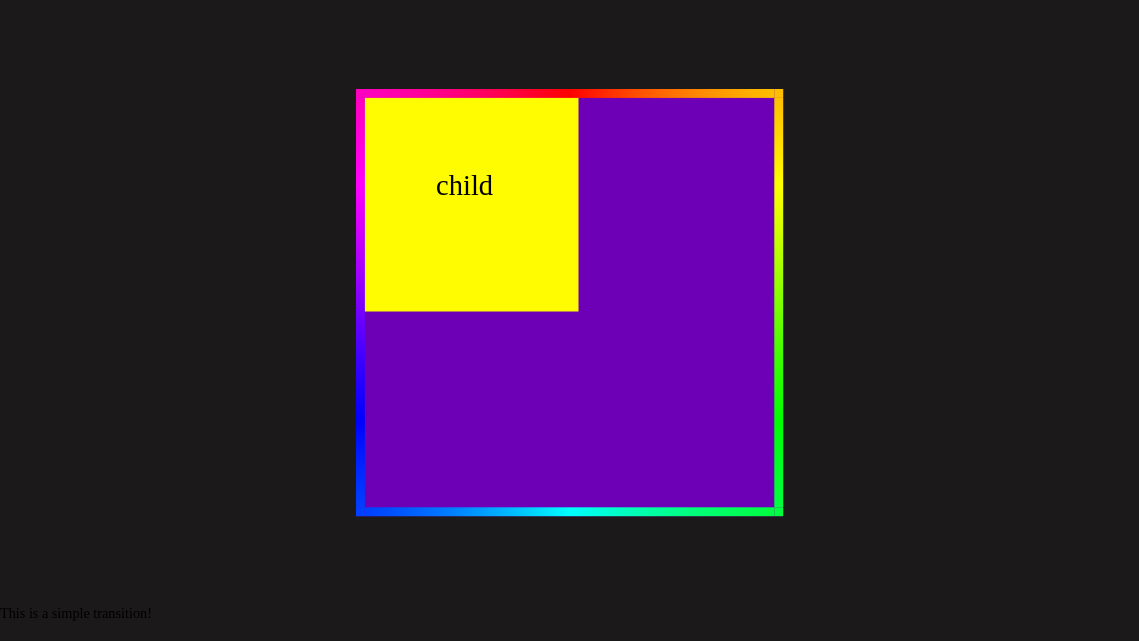
Repository: badhon252/revision
Page: Day-5/index.html
These files come from the project's save history. The page is drawn as it stood at one moment and after the next save; the edit follows.
The browser window is 1280 px wide. The pictures show the whole page, at 89% of full size.

Above is the page before, as saved 2022-02-12 00:11:51.

### Day-5/index.html
<!DOCTYPE html>
<html lang="en">

<head>
    <meta charset="UTF-8">
    <meta http-equiv="X-UA-Compatible" content="IE=edge">
    <meta name="viewport" content="width=device-width, initial-scale=1.0">
    <link rel="stylesheet" href="index.css">
    <title>animation</title>
</head>

<body>
    <div class="parent">
        <div class="child">child</div>
    </div>
    <div class="tooltip">
        This is a simple transition!
    </div>
</body>

</html>

### Day-5/index.css
* {
  margin: 0;
  padding: 0;
  box-sizing: border-box;
  background-color: rgb(27, 25, 25);
}

.parent {
  width: 30rem;
  height: 30rem;
  background-color: rgb(109, 0, 182);
  /* background-image: linear-gradient(
    to bottom,
    rgb(0, 0, 185),
    rgb(0, 189, 189),
    rgb(255, 0, 0),
    rgb(0, 255, 0)
  ); */
  margin: 100px auto;
  border-style: solid;
  border-width: 10px;
  border-image: conic-gradient(red, yellow, lime, aqua, blue, magenta, red) 1;
}

.child {
  padding: 5rem;
  font-size: 2rem;
  width: 15rem;
  height: 15rem;
  background-color: rgb(255, 251, 0);
  transition: all 1s;
  transition-timing-function: cubic-bezier(0.1, 1, 1, 0.1);
}

.parent:hover .child {
  background-color: rgb(24, 255, 159);
  transform: translateX(100%);
  /* transform: scale(1.5); */
}

/*The matrix() method combines all the 2D transform methods into one.
The matrix() method take six parameters, containing mathematic functions, which allows you to rotate, scale, move (translate), and skew elements.

##The parameters are as follow: matrix(scaleX(),skewY(),skewX(),scaleY(),translateX(),translateY())*/

.parent:hover {
  /* transform: skewY(1deg); */
  transform: matrix(0, 1deg, 0, 0, 100%, 0);
  border-image: conic-gradient(red, aqua, yellow, lime, blue, magenta) 1;
}

After the next save:
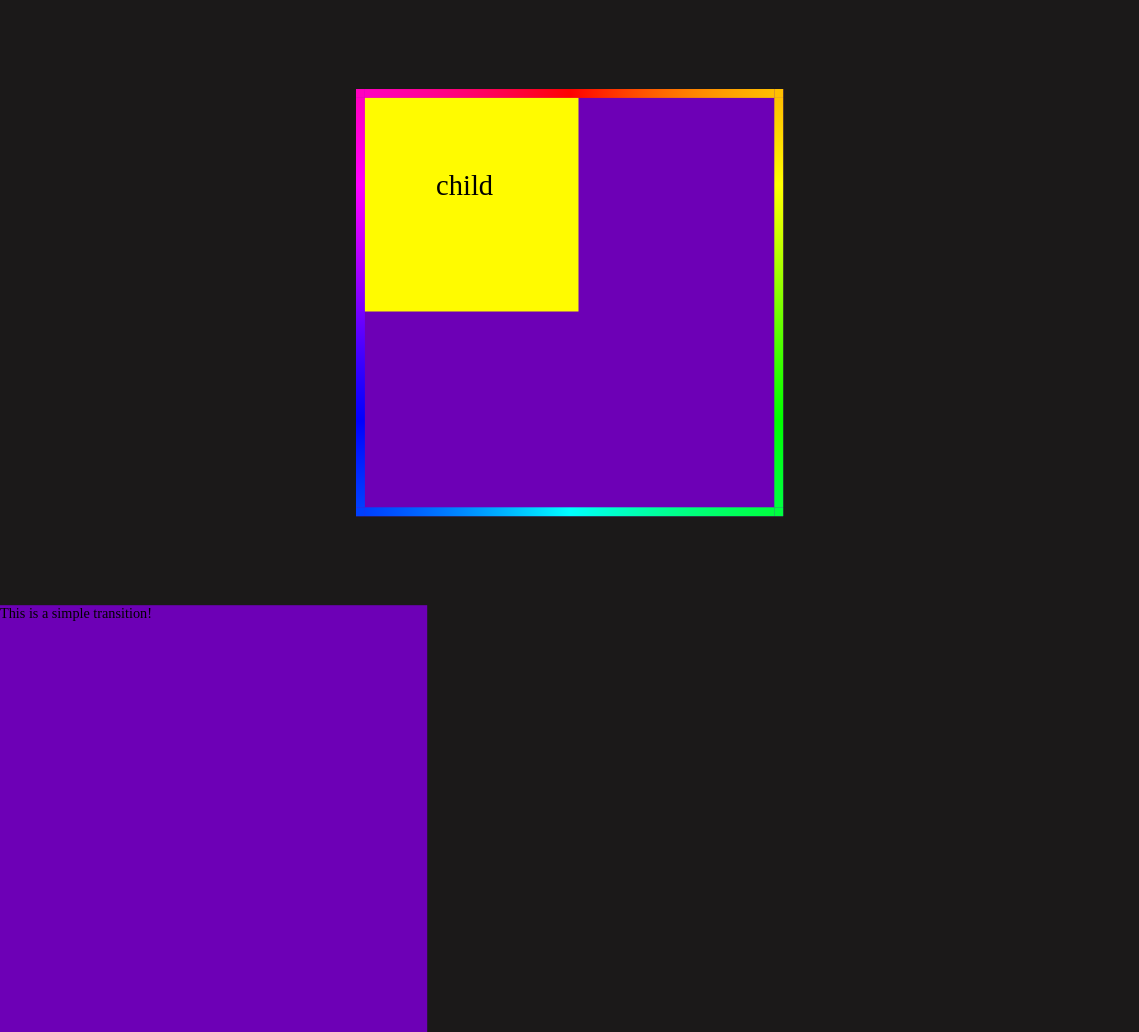
Saved 26 s later.
--- a/Day-5/index.css
+++ b/Day-5/index.css
@@ -31,6 +31,11 @@
   transition: all 1s;
   transition-timing-function: cubic-bezier(0.1, 1, 1, 0.1);
 }
+.tooltip {
+  width: 30rem;
+  height: 30rem;
+  background-color: rgb(109, 0, 182);
+}
 
 .parent:hover .child {
   background-color: rgb(24, 255, 159);
